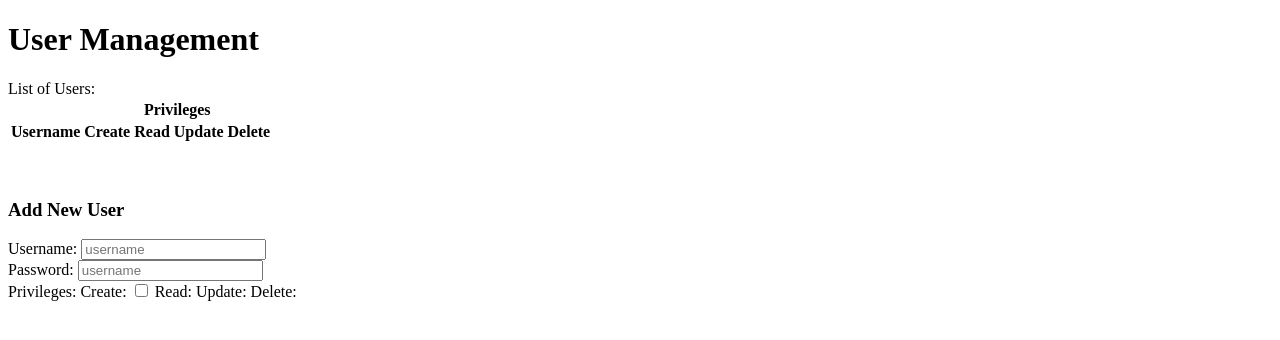
Repository: danalenvargas/TrainingWorkspace
Page: http://localhost/CaseStudyDraft/usermanagement.jsp
The author's editor kept a copy of each file at every save. The page is drawn from the files as they stood at one save, then again after the next save.
The browser window is 1280 px wide. The pictures show the whole page.
The page is served by Tomcat 9.

Above is the page before, as saved 2018-08-27 00:36:25.

After the next save:
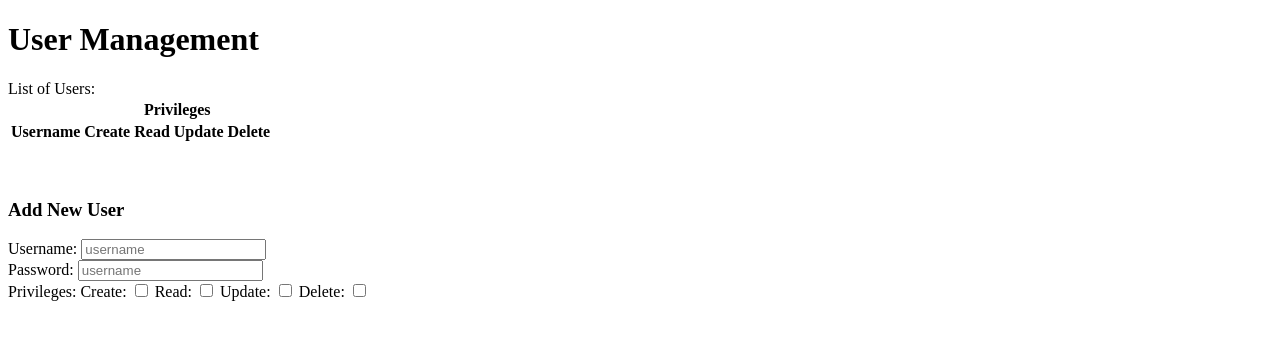
Saved 33 s later.
--- a/CaseStudyDraft/WebContent/usermanagement.jsp
+++ b/CaseStudyDraft/WebContent/usermanagement.jsp
@@ -38,10 +38,10 @@ List of Users: <br>
 	Username: <input type="text" name="username" placeholder="username"><br>
 	Password: <input type="password" name="username" placeholder="username"><br>
 	Privileges:
-	Create: <input type="hidden" name="canRead" value="0"><input type="checkbox" name="canRead" value="1">
-	Read:
-	Update:
-	Delete:
+	Create: <input type="hidden" name="canCreate" value="0"><input type="checkbox" name="canCreate" value="1">
+	Read: <input type="hidden" name="canRead" value="0"><input type="checkbox" name="canRead" value="1">
+	Update: <input type="hidden" name="canUpdate" value="0"><input type="checkbox" name="canUpdate" value="1">
+	Delete: <input type="hidden" name="canDelete" value="0"><input type="checkbox" name=""canDelete"" value="1">
 </form>
 </body>
 </html>
